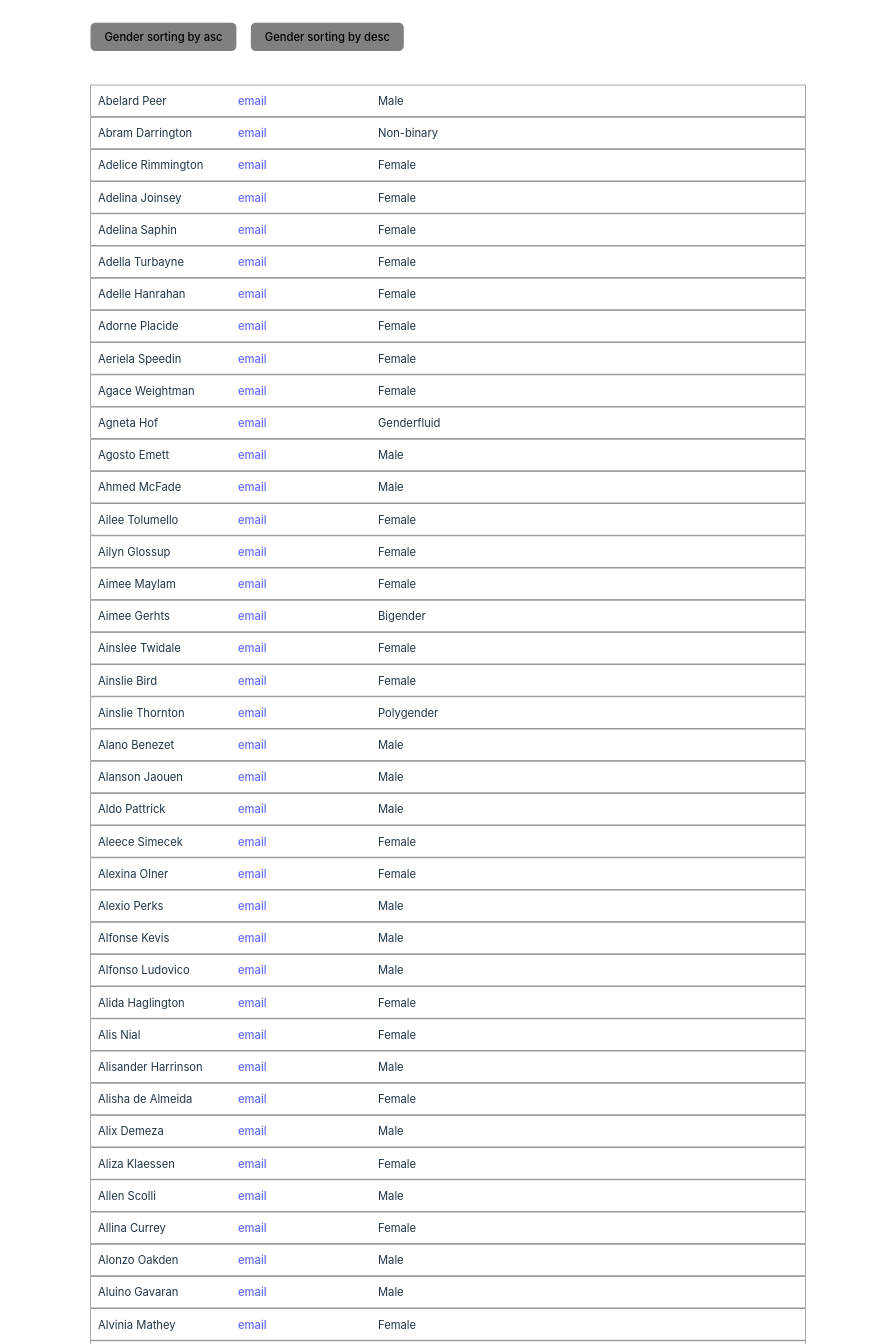
Repository: Kainar9292/sorting
Page: /
The author's editor kept a copy of each file at every save. The page is drawn from the files as they stood at one save, then again after the next save.
The browser window is 1280 px wide. The pictures show the part of the page from y = 0 to 1920 px (the page is 46153 px tall), at 70% of full size.
The project was rebuilt for these pictures with package versions that can differ from the ones it lists, and the page was loaded fresh each time. Also part of the build but not shown: vite.config.js.

Above is the page before, as saved 2022-10-29 15:22:37.

### src/style.css
:root {
  font-family: Inter, Avenir, Helvetica, Arial, sans-serif;
  font-size: 16px;
  line-height: 24px;
  font-weight: 400;

  color-scheme: light dark;
  color: rgba(255, 255, 255, 0.87);
  background-color: #242424;

  font-synthesis: none;
  text-rendering: optimizeLegibility;
  -webkit-font-smoothing: antialiased;
  -moz-osx-font-smoothing: grayscale;
  -webkit-text-size-adjust: 100%;
}

a {
  font-weight: 500;
  color: #646cff;
  text-decoration: inherit;
}
a:hover {
  color: #535bf2;
}

a {
  font-weight: 500;
  color: #646cff;
  text-decoration: inherit;
}
a:hover {
  color: #535bf2;
}

body {
  margin: 0;
  display: flex;
  place-items: center;
  min-width: 320px;
  min-height: 100vh;
}

h1 {
  font-size: 3.2em;
  line-height: 1.1;
}

button {
  border-radius: 8px;
  border: 1px solid transparent;
  padding: 0.6em 1.2em;
  font-size: 1em;
  font-weight: 500;
  font-family: inherit;
  background-color: #1a1a1a;
  cursor: pointer;
  transition: border-color 0.25s;
}
button:hover {
  border-color: #646cff;
}
button:focus,
button:focus-visible {
  outline: 4px auto -webkit-focus-ring-color;
}

.card {
  padding: 2em;
}

#app {
  max-width: 1280px;
  margin: 0 auto;
  padding: 2rem;
  text-align: center;
}

@media (prefers-color-scheme: light) {
  :root {
    color: #213547;
    background-color: #ffffff;
  }
  a:hover {
    color: #747bff;
  }
  button {
    background-color: #f9f9f9;
  }
}

.users {
  display: flex;
  flex-direction: column;
}

.users_item {
  display: flex;
  width: 1000px;
  padding: 10px;
  justify-content: flex-start;
  border: 1px solid gray;
}

.users_item-name {
  display: flex;
  flex-basis: 200px;
}

.users_item-email {
  display: flex;
  flex-basis: 200px;
}

.users_button {
  display: flex;
}

.users_button button {
  margin-right: 20px;
  background-color: gray;
}

### src/App.vue
<template>
  <Users/>
</template>

<script setup>
import Users from './components/Users.vue'
</script>

### src/components/Users.vue
<template>
  <div class="users_button">
    <button @click="sortingByField('gender')">Gender sorting by asc</button>

    <button @click="sortingByField('gender', 'desc')">
      Gender sorting by desc
    </button>
  </div>

  <br />
  <br />
  <div class="users">
    <div class="users_item" v-for="item in state.users">
      <div class="users_item-name">{{ item.first_name }} {{ item.last_name }}</div>
      <a class="users_item-email" href="mailto:{{item.email}}">email</a>
      <div>{{ item.gender }}</div>
      <!-- <br />
      <br /> -->
    </div>
  </div>
</template>

<script setup>
import { reactive } from 'vue';
import { users } from '../service/getUsers';

const state = reactive({
  users: [],
});

state.users = users;

function sortingByField(sortedField, sordetType) {
  state.users = state.users.sort((a, b) => {
    if (sordetType === 'desc') {
      return a[sortedField] < b[sortedField] ? 1 : -1;
    } else {
      return a[sortedField] > b[sortedField] ? 1 : -1;
    }
  });
}

sortingByField('first_name');
</script>

Loaded but not shown: index.html (common file); src/main.js (common file); src/service/getUsers.js (1000 lines, source omitted)

After the next save:
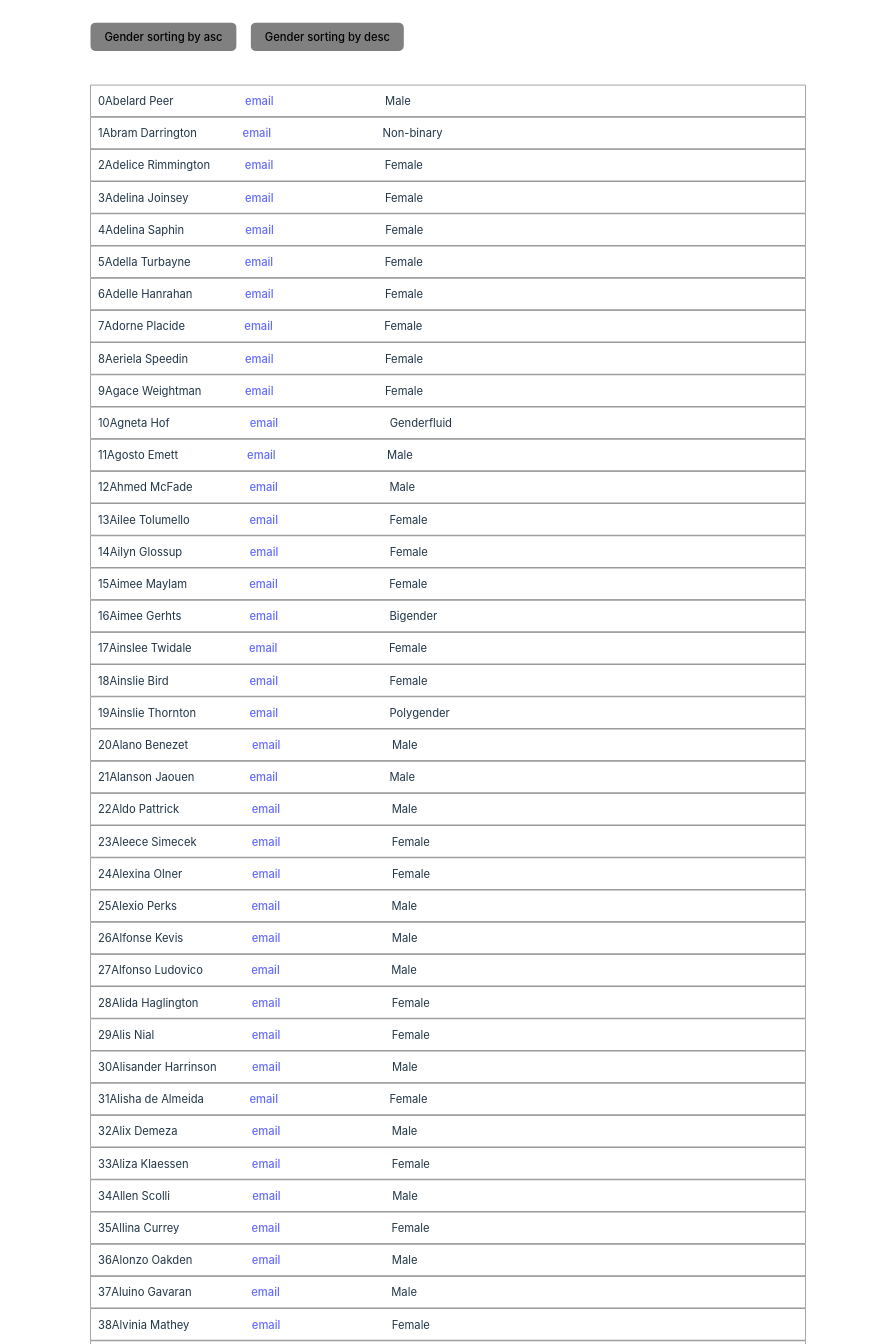
Saved 35 s later.
--- a/src/components/Users.vue
+++ b/src/components/Users.vue
@@ -10,7 +10,8 @@
   <br />
   <br />
   <div class="users">
-    <div class="users_item" v-for="item in state.users">
+    <div class="users_item" v-for="(item, index) in state.users">
+      <div>{{index}}</div>
       <div class="users_item-name">{{ item.first_name }} {{ item.last_name }}</div>
       <a class="users_item-email" href="mailto:{{item.email}}">email</a>
       <div>{{ item.gender }}</div>
